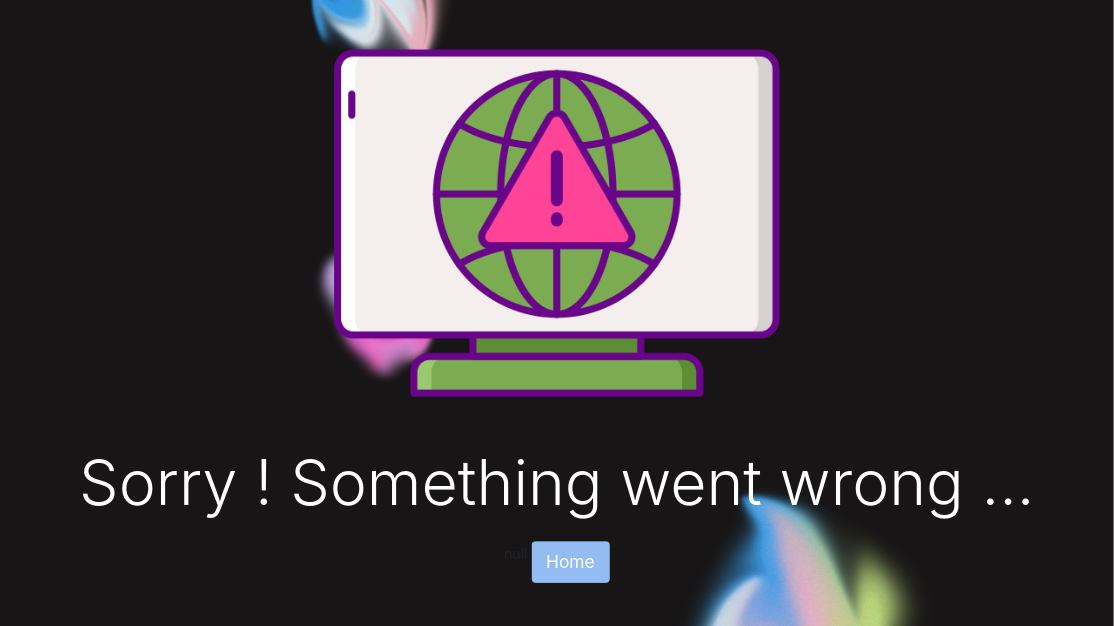
Repository: WafaBenyettou/Blog
Page: http://localhost/Blog/error_page.jsp
An editor plug-in stored every save of this project. The page is shown before and after the next save, followed by the edit.
The browser window is 1280 px wide. The pictures show the whole page, at 87% of full size.
Backgrounds fixed to the window are drawn as part of the page. The page is served by Tomcat 9.

Above is the page before, as saved 2023-06-06 16:02:47.

After the next save:
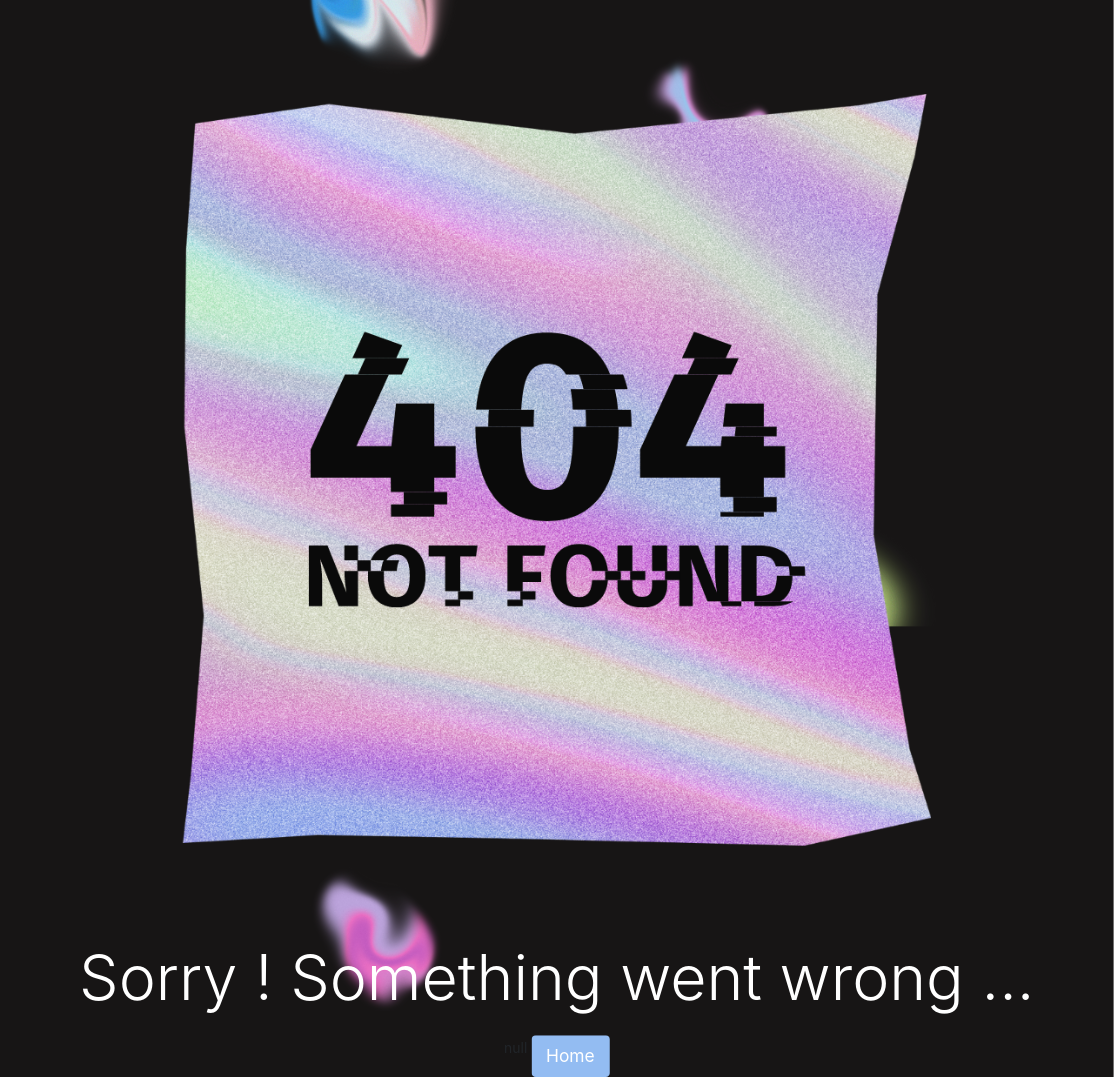
Saved 11 min 38 s later.
--- a/Blog/src/main/webapp/error_page.jsp
+++ b/Blog/src/main/webapp/error_page.jsp
@@ -21,7 +21,7 @@
     </head>
     <body>
         <div class="container text-center">
-            <img src="img/error.png" class="img-fluid" >
+            <img src="img/error1.png" class="img-fluid" >
             <h3 class="display-3 text-white">Sorry ! Something went wrong ...</h3>
             <%= exception%>
             <a href="index.jsp" class="btn primary-background btn-lg text-white mt-3">Home </a>
